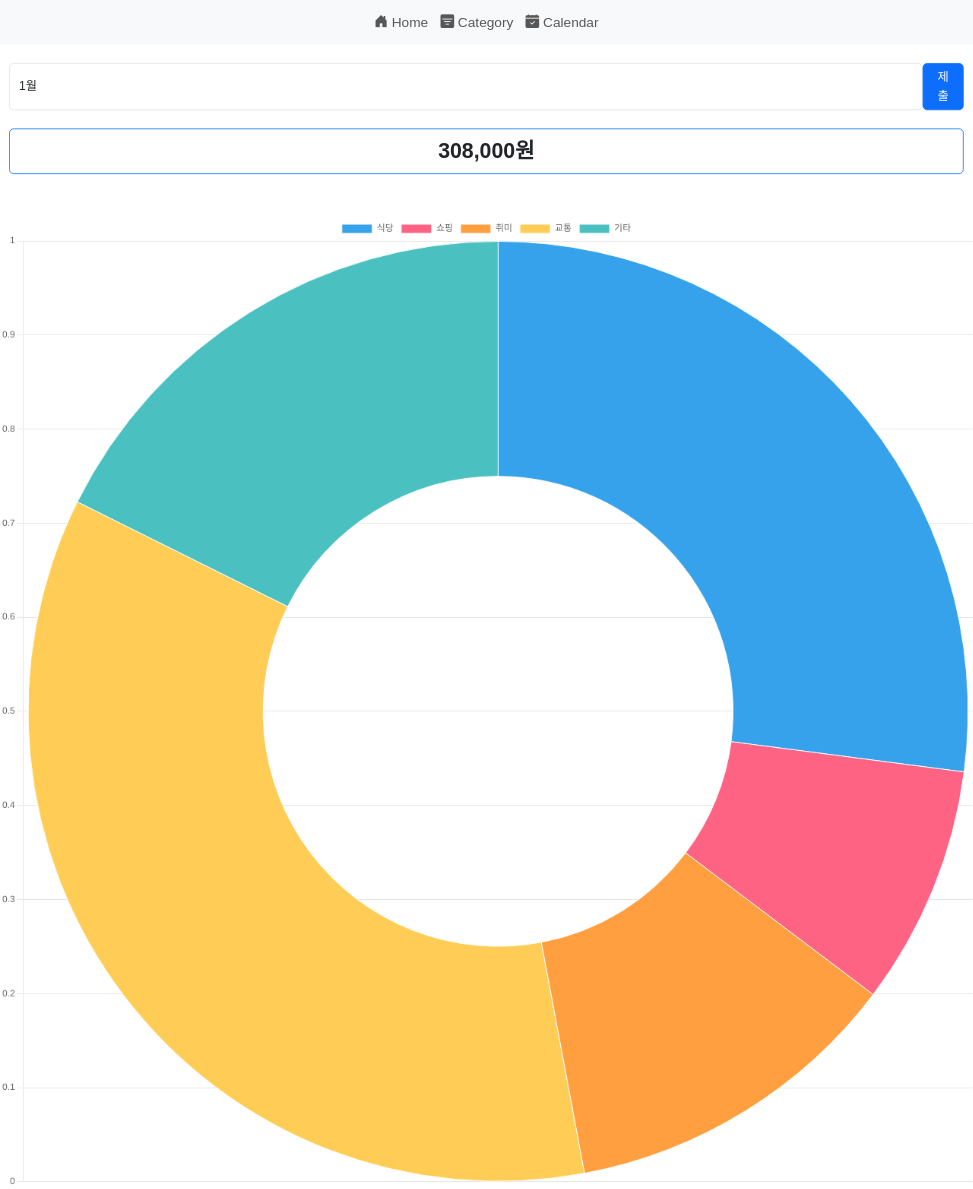
Repository: kimSummerrain/KairosHackathon
Page: venvs/karios/templates/detail.html
The author's editor kept a copy of each file at every save. The page is drawn from the files as they stood at one save, then again after the next save.
The browser window is 1280 px wide. The pictures show the whole page, at 76% of full size.

Above is the page before, as saved 2024-02-26 17:00:40.

### venvs/karios/templates/detail.html
<!DOCTYPE html>
<html lang="ko">

<head>
    <meta charset="UTF-8">
    <meta name="viewport" content="width=device-width, initial-scale=1.0">
    <title>Document</title>
    <link href="https://cdn.jsdelivr.net/npm/bootstrap@5.3.3/dist/css/bootstrap.min.css" rel="stylesheet"
        integrity="sha384-QWTKZyjpPEjISv5WaRU9OFeRpok6YctnYmDr5pNlyT2bRjXh0JMhjY6hW+ALEwIH" crossorigin="anonymous">

    <script src="https://cdn.jsdelivr.net/npm/bootstrap@5.3.3/dist/js/bootstrap.bundle.min.js"
        integrity="sha384-YvpcrYf0tY3lHB60NNkmXc5s9fDVZLESaAA55NDzOxhy9GkcIdslK1eN7N6jIeHz"
        crossorigin="anonymous"></script>
    <link href="static/css/main-style.css" rel="stylesheet" />
</head>

<body>
    <!--navbar-->
    <nav class="navbar navbar-expand bg-body-tertiary">
        <div class="container-fluid">
            <div class="collapse navbar-collapse" id="navbarNav">
                <ul class="navbar-nav mx-auto"> <!-- mx-auto를 추가하여 가운데 정렬 -->
                    <li class="nav-item">
                        <a class="nav-link" href="/"><i class="bi bi-house-door-fill"></i> Home</a>
                    </li>
                    <li class="nav-item">
                        <a class="nav-link" href="/detail"><i class="bi bi-filter-square-fill"></i> Category</a>
                    </li>
                    <li class="nav-item">
                        <a class="nav-link" href="/calendar"><i class="bi bi-calendar-check-fill"></i> Calendar</a>
                    </li>
                </ul>
            </div>
        </div>
    </nav>
    <br>
    <div class="container-fluid">
        <div class="row">
            <div class="col">
                <form>
                    <div class="form-group d-flex">
                        <select class="form-control mr-2" id="month-select">
                            <option value="1">1월</option>
                            <option value="2">2월</option>
                            <option value="3">3월</option>
                            <option value="4">4월</option>
                            <option value="5">5월</option>
                            <option value="6">6월</option>
                            <option value="7">7월</option>
                            <option value="8">8월</option>
                            <option value="9">9월</option>
                            <option value="10">10월</option>
                            <option value="11">11월</option>
                            <option value="12">12월</option>
                        </select>
                        <button type="button" class="btn btn-primary" onclick="changeDate()">제출</button>
                    </div>
                </form>
                <br>
                <p class="text-second fs-3 fw-bold border border-primary p-2 mb-2 text-center rounded">308,000원</p>
            </div>
        </div>
    </div>
    <br>
    <br>
    <div>
        <canvas id="myChart"></canvas>
    </div>

    <!--Chart Library-->
    <script src="https://cdn.jsdelivr.net/npm/bootstrap@5.3.3/dist/js/bootstrap.bundle.min.js"
        integrity="sha384-YvpcrYf0tY3lHB60NNkmXc5s9fDVZLESaAA55NDzOxhy9GkcIdslK1eN7N6jIeHz"
        crossorigin="anonymous"></script>
    <link rel="stylesheet" href="https://cdn.jsdelivr.net/npm/bootstrap-icons@1.11.3/font/bootstrap-icons.min.css">
    <script src="https://cdn.jsdelivr.net/npm/chart.js"></script>
    <script src="static/js/pie.js"></script>

</body>

</html>

### venvs/karios/static/css/main-style.css
html,
body {
    margin: 0;
    padding: 0;
    font-family: Arial, Helvetica Neue, Helvetica, sans-serif;
}

#calendar {
    max-width: 1100px;
    margin: 40px auto;
}

a.fc-daygrid-day-number {
    color: black;
    text-decoration: none;
}

a.fc-col-header-cell-cushion {
    color: black;
    text-decoration: none;
}

.navbar-nav .nav-link {
    font-size: 18px;
}

.rounded-rectangle {
    width: 340px;
    /* 직사각형의 너비 */
    height: 210px;
    /* 직사각형의 높이 */
    background-color: #ffffff;
    /* 배경색 */
    border-radius: 20px;
    /* 꼭짓점을 둥글게 하는 정도 */
    margin: 0px auto 0;
    /* rectangle과 겹치도록 마진 조정 */
    padding: 20px;
    /* 내부 여백 */
    text-align: center;
    /* 내용을 가운데 정렬 */
    border: 2px solid #333;
    /* 테두리의 두께와 색상 */
    position: relative;
    /* 포지션을 상대위치로 설정하여 겹치게 함 */
    /* z-index: -1; */
    /* 겹치는 요소의 순서를 지정 */
}

h1 {
    font-size: 5em;
}

h2 {
    font-size: 3em;

}

.margin-top {
    margin-top: 240px;
}

.text-start {
    font-size: 24px;
}

.text-second {
    font-size: 15px;
}

### venvs/karios/static/js/pie.js
const ctx = document.getElementById('myChart');

new Chart(ctx, {
    type: 'doughnut',
    data: {
        labels: ['식당', '쇼핑', '취미', '교통', '기타'],
        datasets: [{
            label: '# of Votes',
            data: [23, 7, 10, 30, 15],
            borderWidth: 1
        }]
    },
    options: {
        scales: {
            y: {
                beginAtZero: true
            }
        }
    }
});

After the next save:
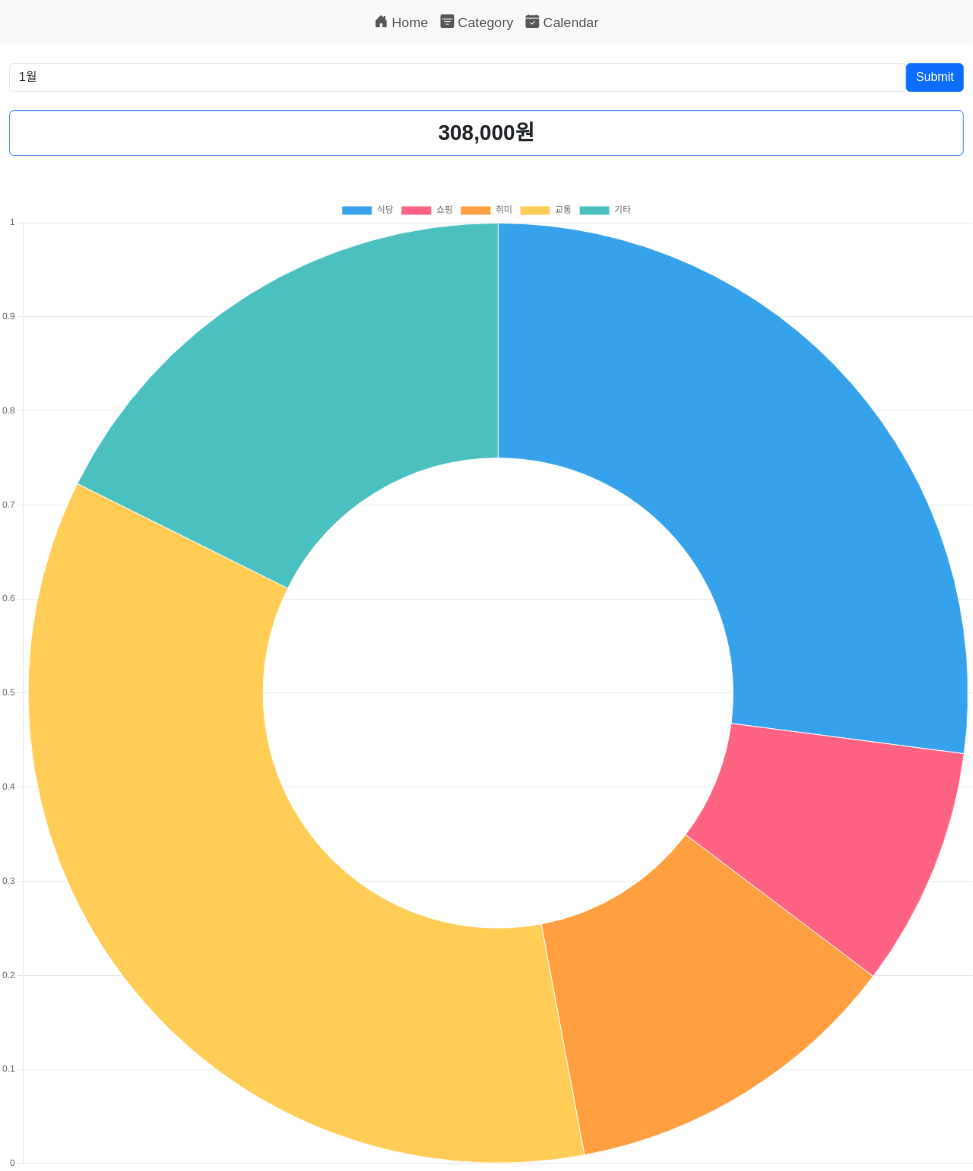
Saved 1 s later.
--- a/venvs/karios/templates/detail.html
+++ b/venvs/karios/templates/detail.html
@@ -53,7 +53,7 @@
                             <option value="11">11월</option>
                             <option value="12">12월</option>
                         </select>
-                        <button type="button" class="btn btn-primary" onclick="changeDate()">제출</button>
+                        <button type="button" class="btn btn-primary" onclick="changeDate()">Submit</button>
                     </div>
                 </form>
                 <br>
